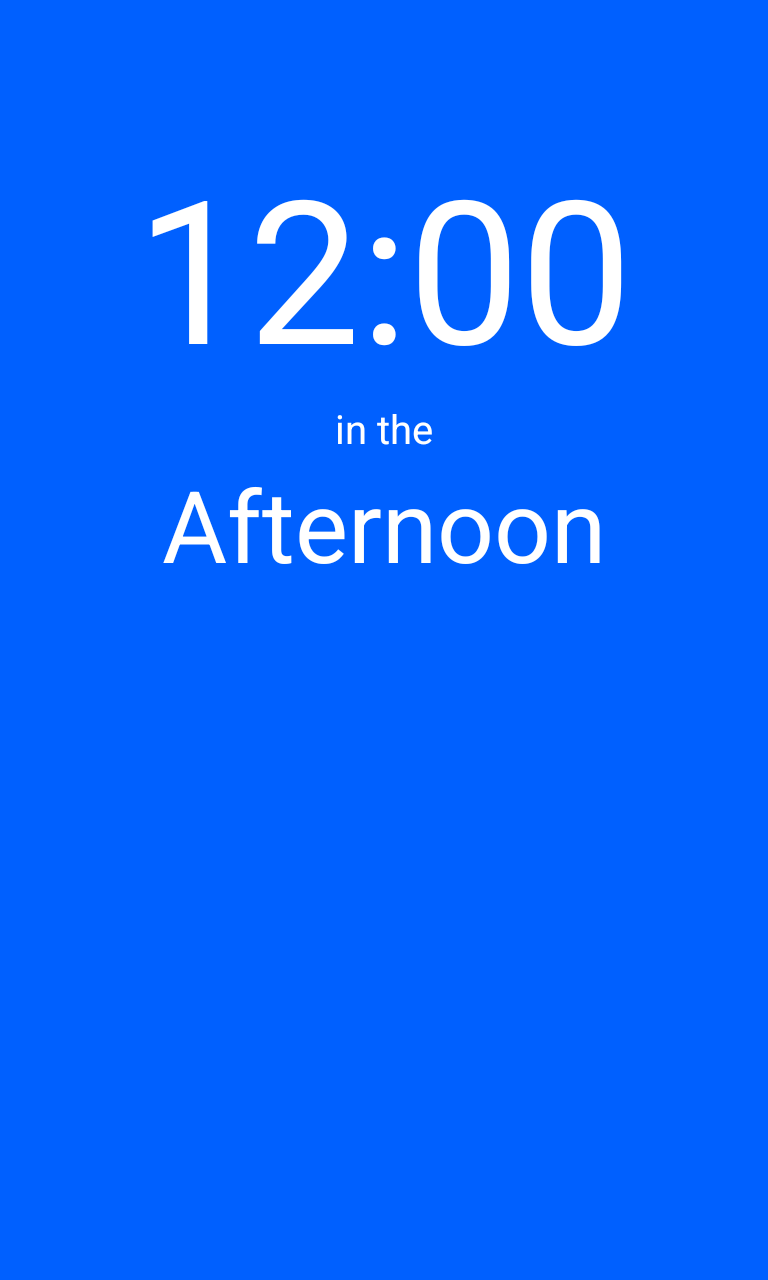
Repository: DinkyDetailsLLC/ADP2
Layout: WakeTimerforKids/res/layout/activity_main.xml
An editor plug-in stored every save of this project. The layout is shown before and after the next save, followed by the edit.
It is drawn on a 768 x 1280 px phone screen (xhdpi) without system bars, with theme AppTheme; the app's code is not run.

Above is the layout before, as saved 2014-02-12 05:48:59.

After the next save:
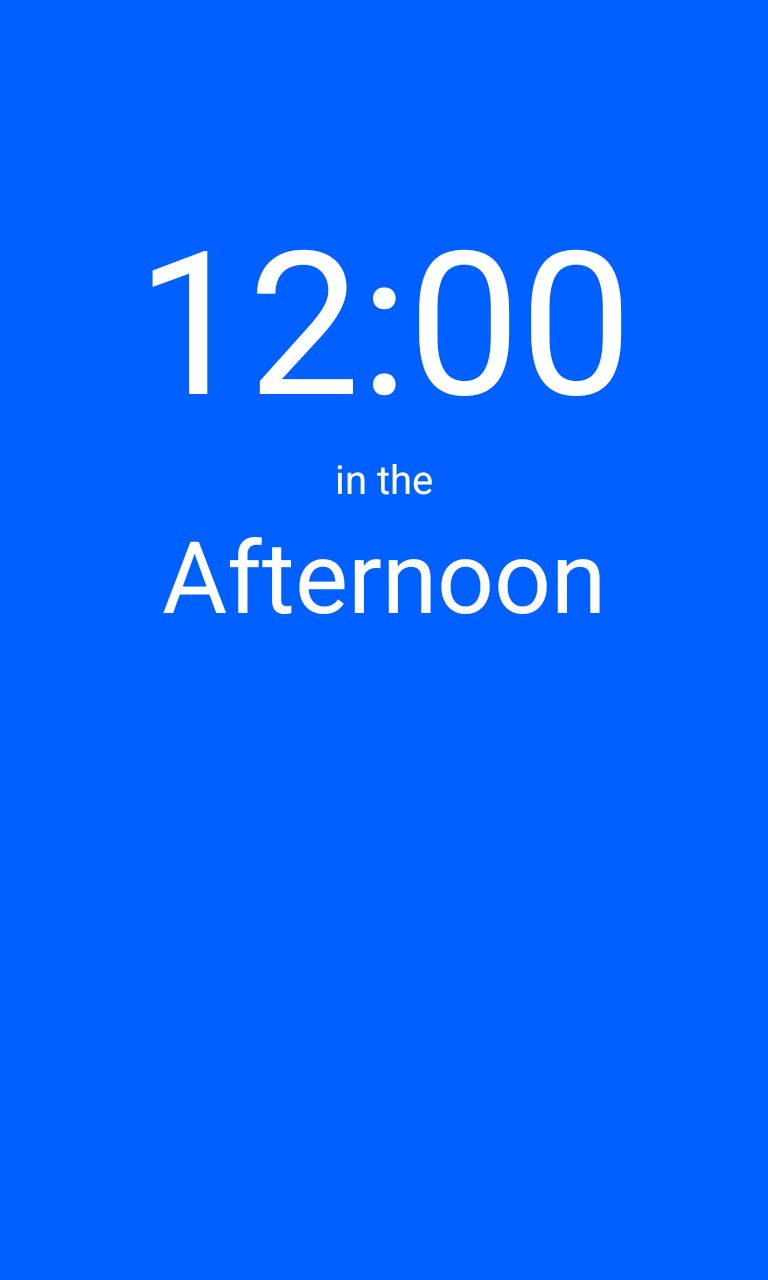
Saved 12 s later.
--- a/WakeTimerforKids/res/layout/activity_main.xml
+++ b/WakeTimerforKids/res/layout/activity_main.xml
@@ -14,7 +14,7 @@
         android:layout_width="wrap_content"
         android:layout_height="wrap_content"
         android:layout_centerHorizontal="true"
-        android:layout_marginTop="50dp"
+        android:layout_marginTop="75dp"
         android:textColor="@color/white"
         android:textSize="100sp"
         android:format12Hour="h:mm"
